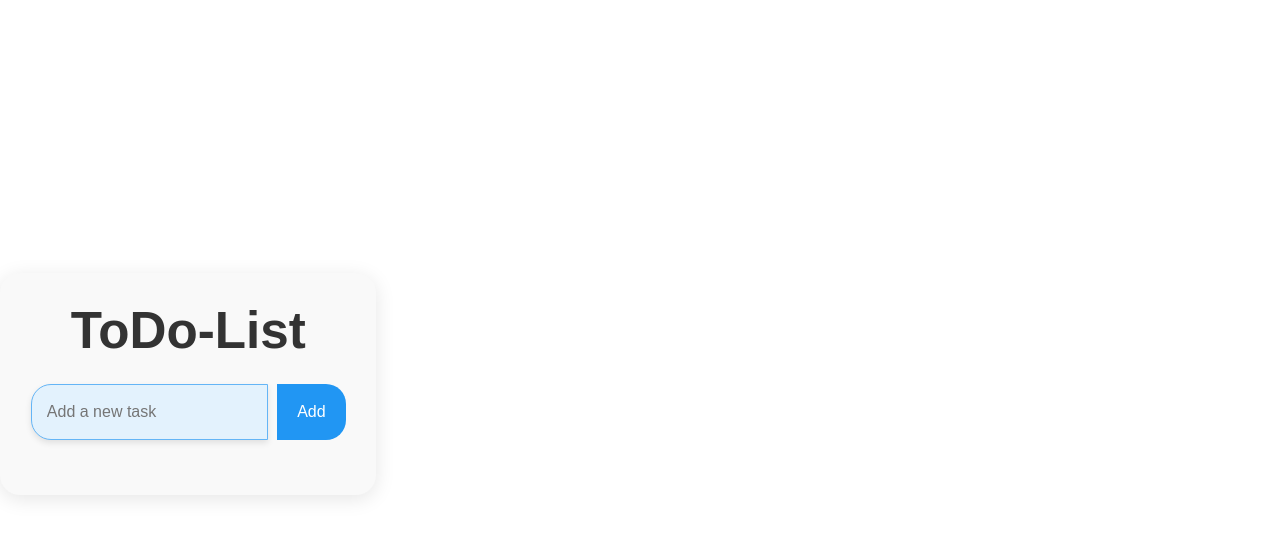
Repository: AkshatKapo/Todolist-React-app
Page: /
An editor plug-in stored every save of this project. The page is shown before and after the next save, followed by the edit.
The browser window is 1280 px wide. The pictures show the whole page.
The project was rebuilt for these pictures with package versions that can differ from the ones it lists, and the page was loaded fresh each time. Also part of the build but not shown: vite.config.js.

Above is the page before, as saved 2024-06-21 11:00:13.

After the next save:
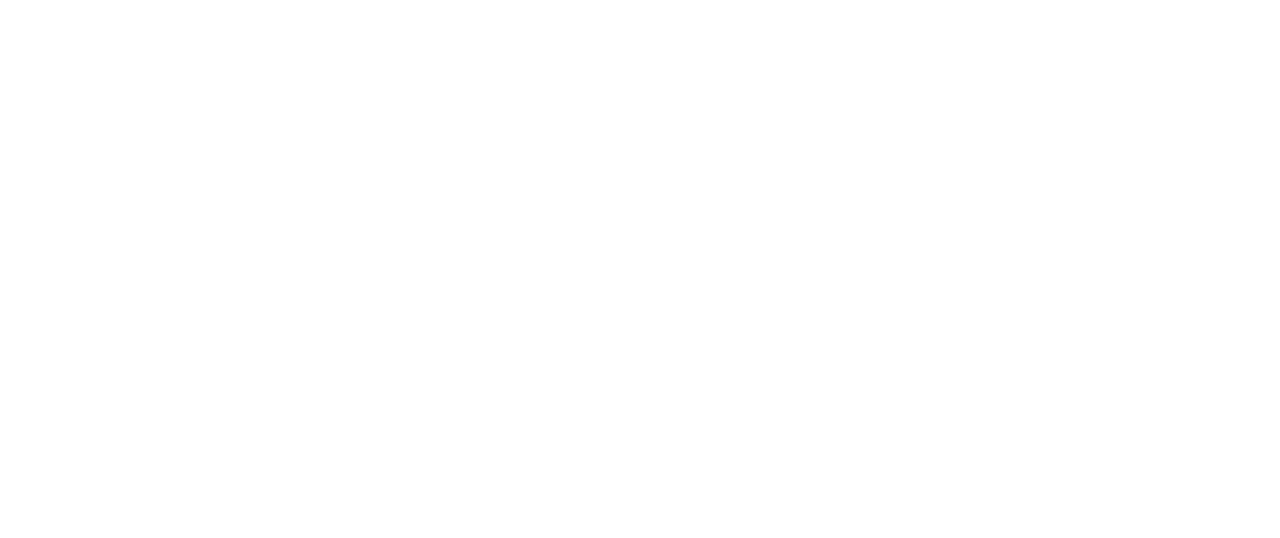
Console error: ReferenceError: input is not defined
Saved 51 s later.
--- a/src/TodoList.jsx
+++ b/src/TodoList.jsx
@@ -3,12 +3,12 @@
 
 const TodoList = () => {
   const [todos, setTodos] = useState([]);
-  const [input, setInput] = useState('');
-  const [isEditing, setIsEditing] = useState(false);
-  const [currentIndex, setCurrentIndex] = useState(null);
+  const [isEditing, setIsEditing] = useState(null);
 
-  const handleInputChange = (e) => {
-    setInput(e.target.value);
+  const handleInputChange = (e, index) => {
+    const newTodos = todos.slice();
+    newTodos[index] = e.target.value;
+    setTodos(newTodos);
   }
 
   const handleAddTodo = () => {
@@ -24,37 +24,26 @@
   }
 
   const handleUpdateTodo = (index) => {
-    setIsEditing(true);
-    setInput(todos[index]);
-    setCurrentIndex(index);
+    setIsEditing(index);
   }
-  const edit_todo = () => {
-    if (isEditing) {
-      const updatedTodos = todos.map((todo, index) => (
-        index === currentIndex ? input : todo
-      ));
-      setTodos(updatedTodos);
-      setIsEditing(false);
-      setCurrentIndex(null);
 
+  const handleSaveTodo = () => {
+    setIsEditing(null);
   }
-}
 
   return (
     <div className="container mt-5">
-      <h1 className=" mb-4">ToDo-List</h1>
+      <h1 className="mb-4">ToDo-List</h1>
 
       <div className="input-group">
         <input
           type="text"
           className="input-field"
           value={input}
-          onChange={handleInputChange}
+          onChange={(e) => setInput(e.target.value)}
           placeholder="Add a new task"
         />
-        <button className="btn btn-primary" onClick={handleAddTodo}>
-           Add
-        </button>
+        <button className="btn btn-primary" onClick={handleAddTodo}>Add</button>
       </div>
 
       <ul className="list-group">

After the save that followed:
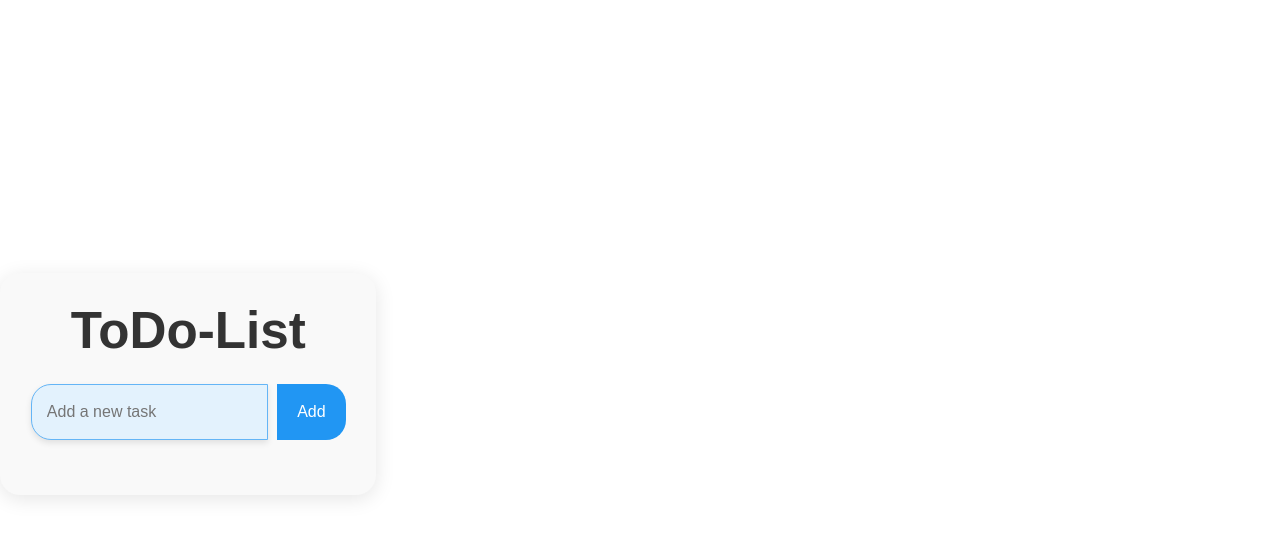
The error is gone.
Saved 2 min 27 s later.
--- a/src/TodoList.jsx
+++ b/src/TodoList.jsx
@@ -3,12 +3,12 @@
 
 const TodoList = () => {
   const [todos, setTodos] = useState([]);
-  const [isEditing, setIsEditing] = useState(null);
+  const [input, setInput] = useState('');
+  const [isEditing, setIsEditing] = useState(false);
+  const [currentIndex, setCurrentIndex] = useState(null);
 
-  const handleInputChange = (e, index) => {
-    const newTodos = todos.slice();
-    newTodos[index] = e.target.value;
-    setTodos(newTodos);
+  const handleInputChange = (e) => {
+    setInput(e.target.value);
   }
 
   const handleAddTodo = () => {
@@ -24,26 +24,37 @@
   }
 
   const handleUpdateTodo = (index) => {
-    setIsEditing(index);
+    setIsEditing(true);
+    setInput(todos[index]);
+    setCurrentIndex(index);
   }
+  const edit_todo = () => {
+    if (isEditing) {
+      const updatedTodos = todos.map((todo, index) => (
+        index === currentIndex ? input : todo
+      ));
+      setTodos(updatedTodos);
+      setIsEditing(false);
+      setCurrentIndex(null);
 
-  const handleSaveTodo = () => {
-    setIsEditing(null);
   }
+}
 
   return (
     <div className="container mt-5">
-      <h1 className="mb-4">ToDo-List</h1>
+      <h1 className=" mb-4">ToDo-List</h1>
 
       <div className="input-group">
         <input
           type="text"
           className="input-field"
           value={input}
-          onChange={(e) => setInput(e.target.value)}
+          onChange={handleInputChange}
           placeholder="Add a new task"
         />
-        <button className="btn btn-primary" onClick={handleAddTodo}>Add</button>
+        <button className="btn btn-primary" onClick={handleAddTodo}>
+           Add
+        </button>
       </div>
 
       <ul className="list-group">
